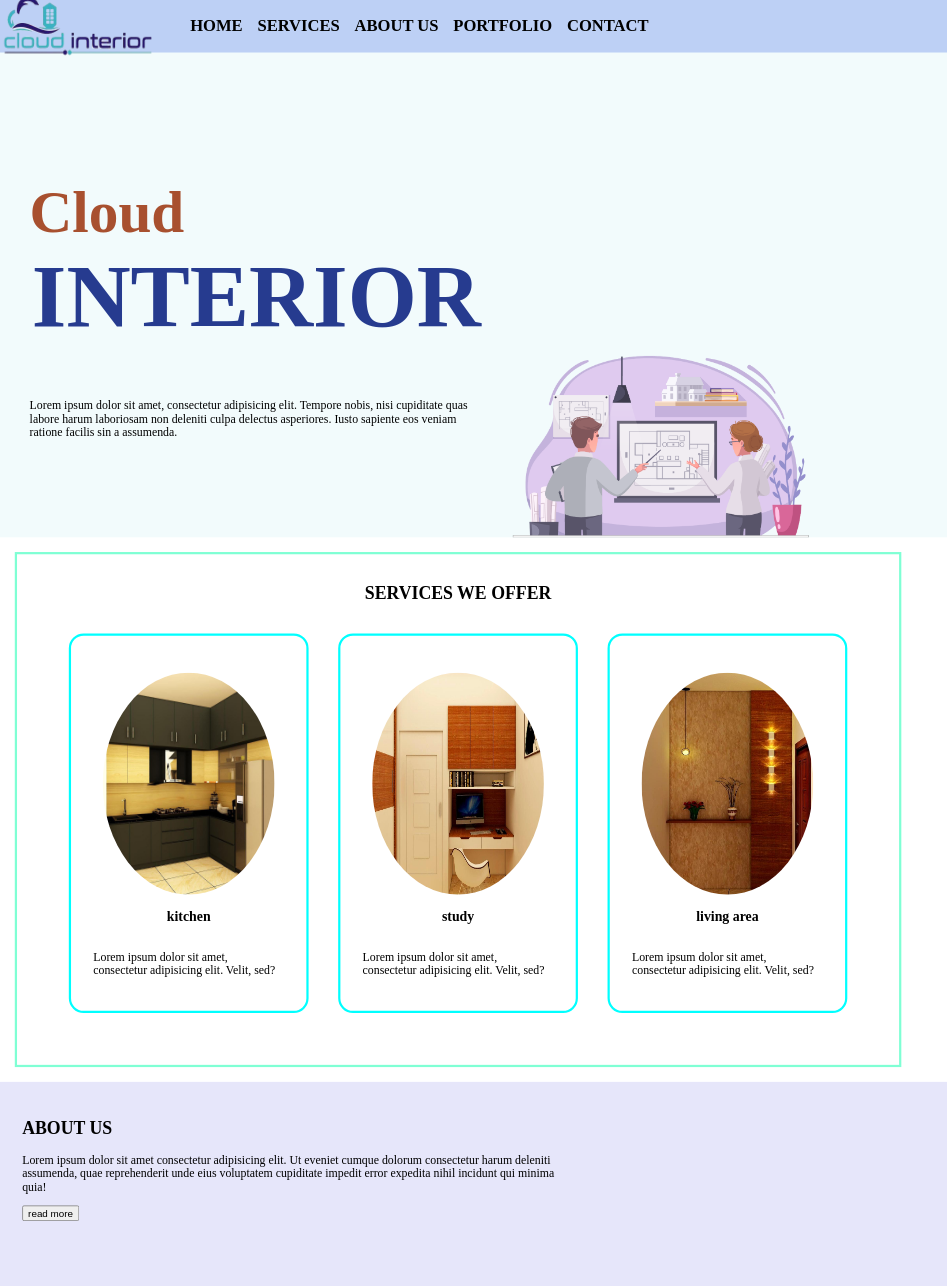
Repository: Ganavid/ganavidgowda.github.io
Page: cloud interior/‌index.html
An editor plug-in stored every save of this project. The page is shown before and after the next save, followed by the edit.
The browser window is 1280 px wide. The pictures show the whole page, at 74% of full size.

Above is the page before, as saved 2023-03-04 01:15:16.

After the next save:
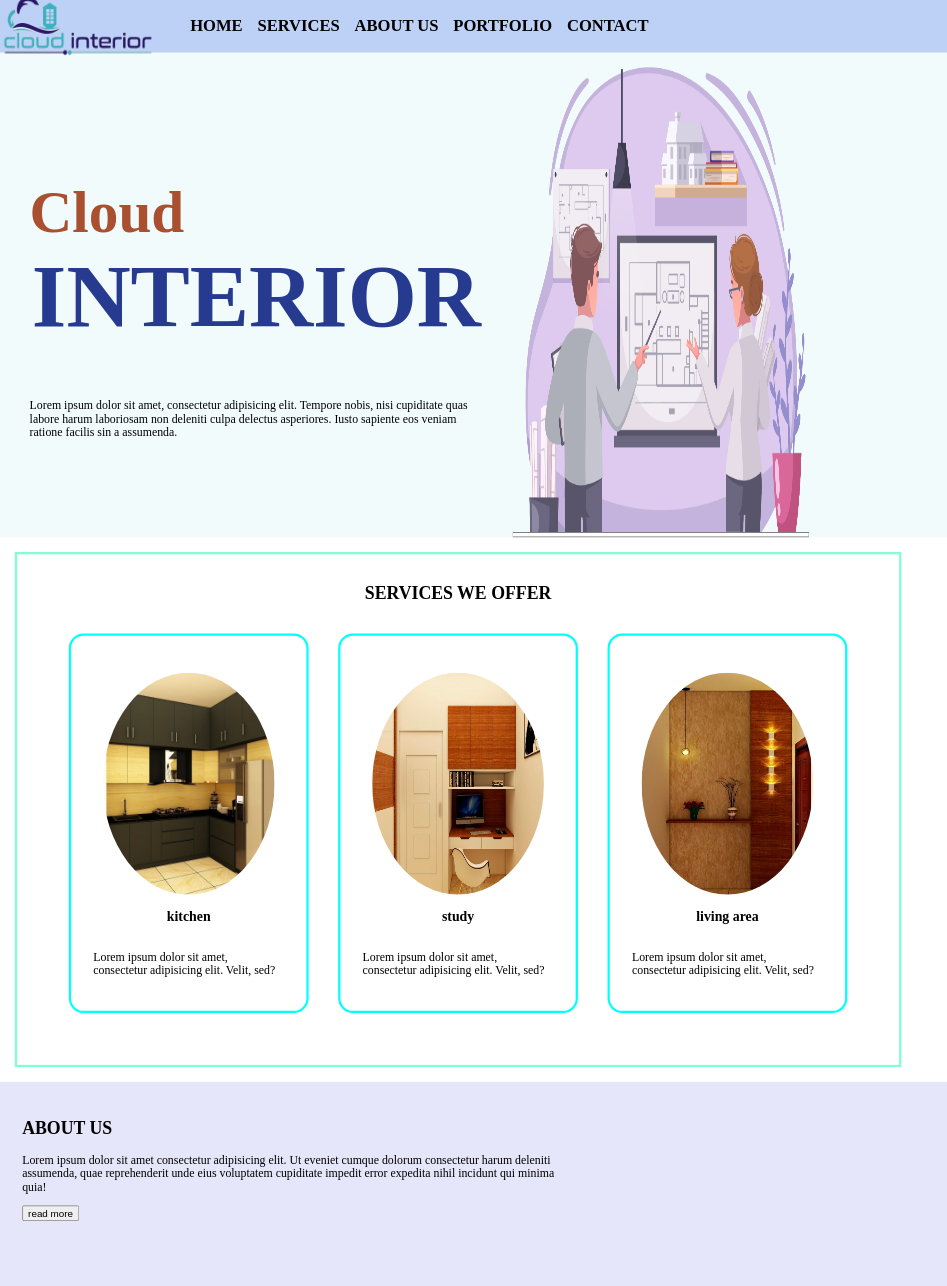
Saved 13 s later.
--- a/cloud interior/interial.css
+++ b/cloud interior/interial.css
@@ -94,7 +94,7 @@
 }
 
 #starter{
-    align-self: flex-end;
+    alig
 
 }
 

After the 5 saves that followed:
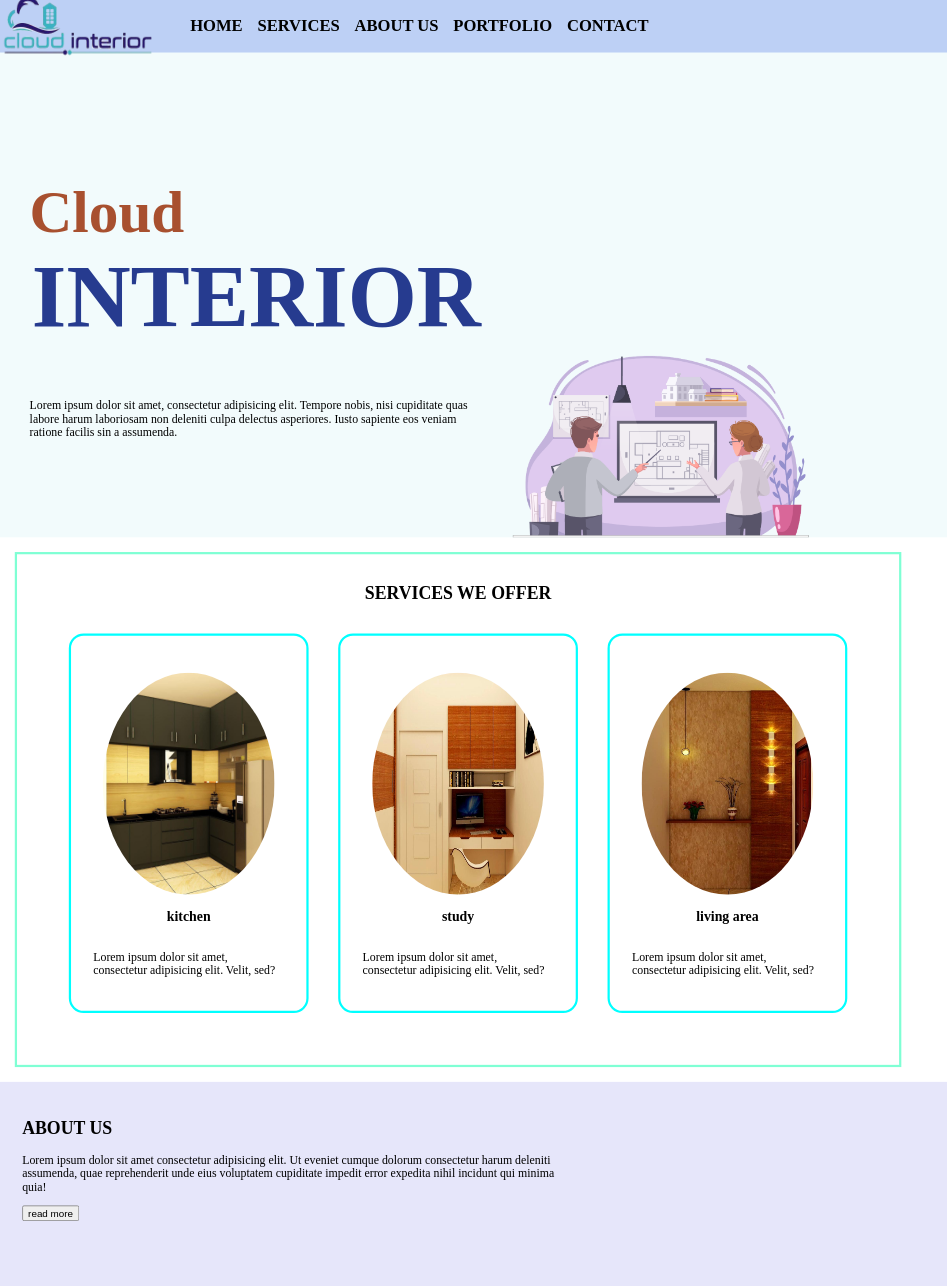
The 5 saves are shown as one change because 1 left the picture as it was and some came seconds apart.
The last was saved 20 s later.
--- a/cloud interior/interial.css
+++ b/cloud interior/interial.css
@@ -94,7 +94,7 @@
 }
 
 #starter{
-    alig
+    align-self: flex-end;
 
 }
 
